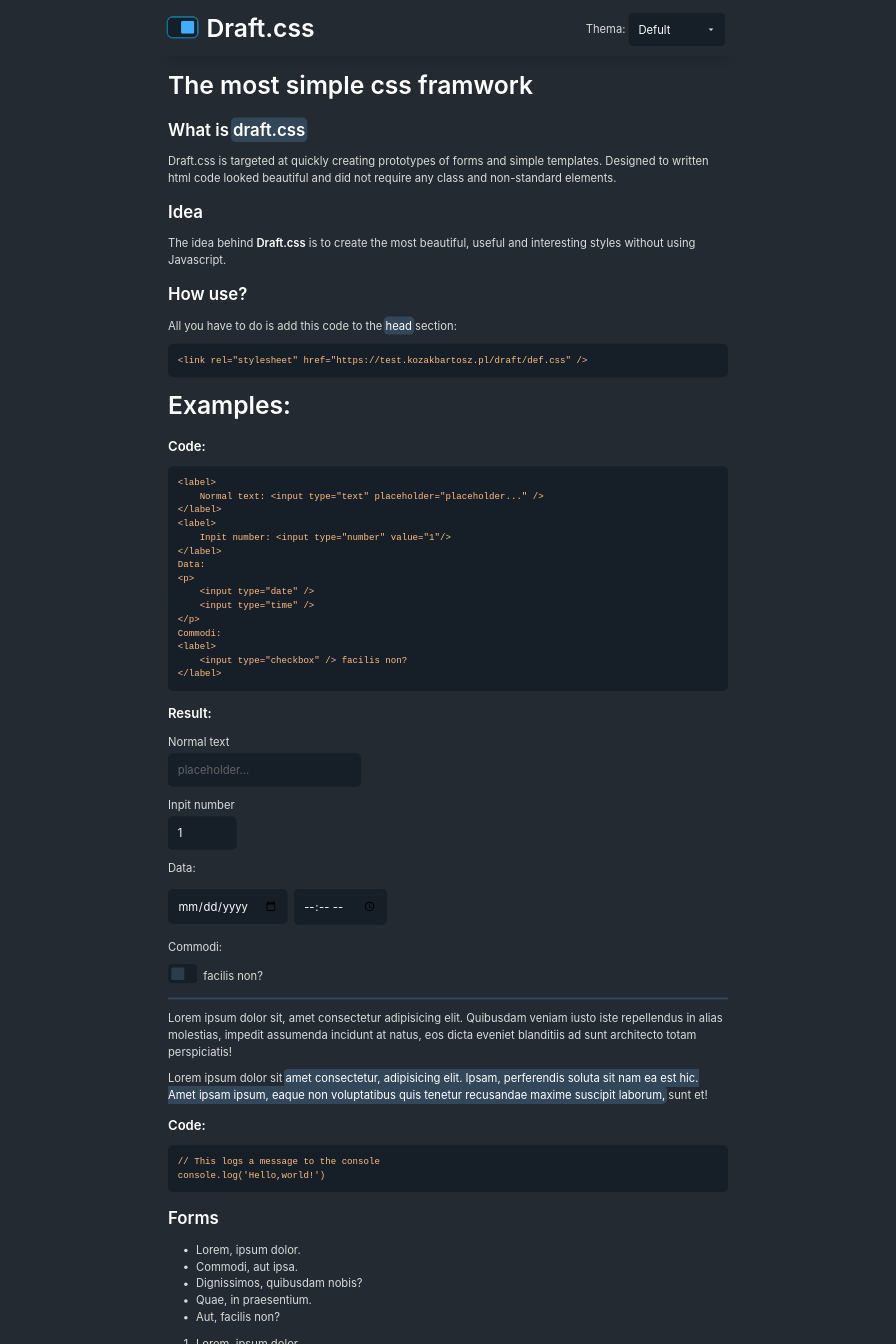
Repository: KozakBartosz/Draft
Page: index.html
These files come from the project's save history. The page is drawn as it stood at one moment and after the next save; the edit follows.
The browser window is 1280 px wide. The pictures show the part of the page from y = 0 to 1920 px (the page is 6123 px tall before and 6137 px after), at 70% of full size.

Above is the page before, as saved 2019-04-12 13:36:13.

After the next save:
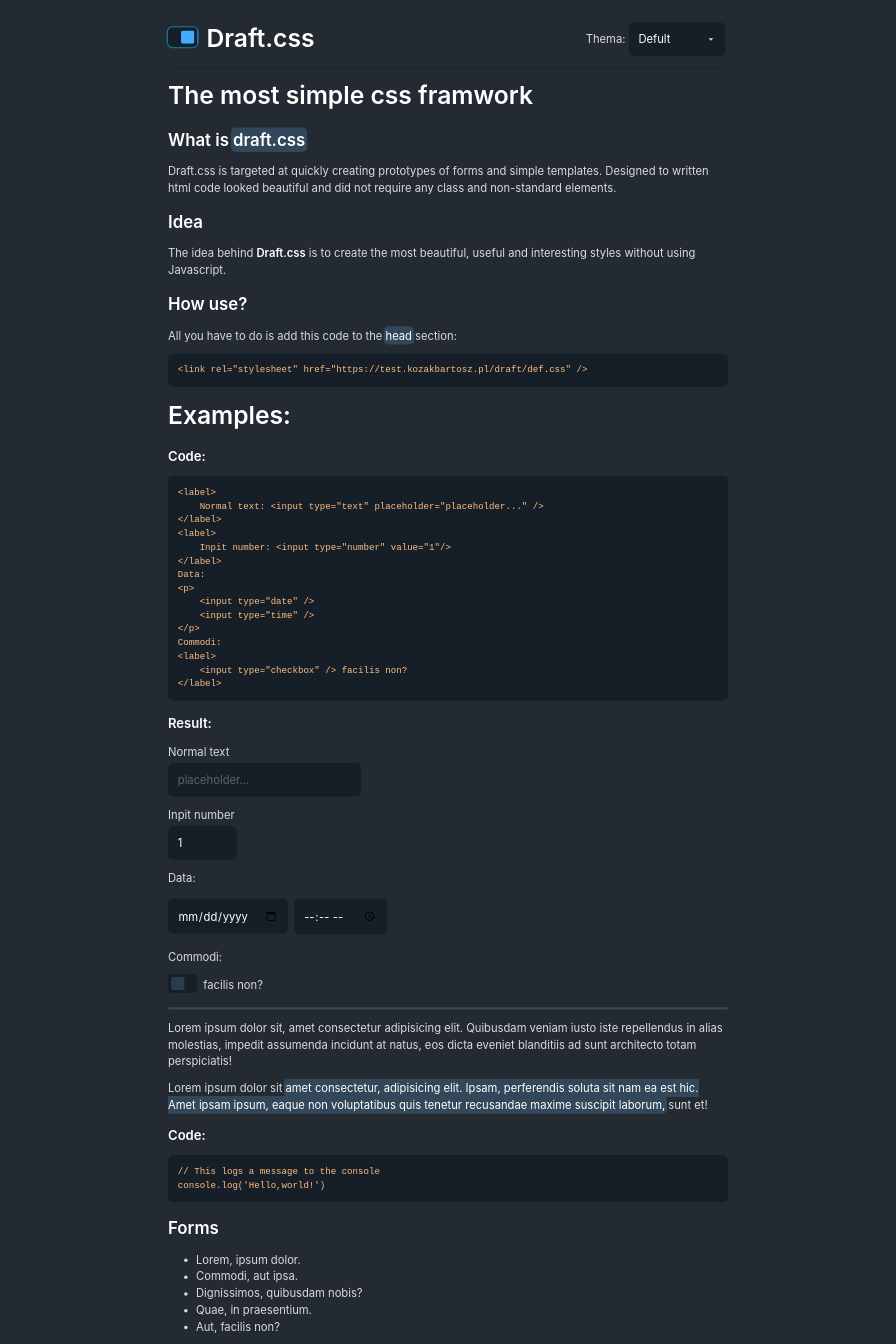
Saved 29 s later.
--- a/draft.css
+++ b/draft.css
@@ -99,7 +99,7 @@
 		"Helvetica Neue", sans-serif;
 	line-height: 1.5;
 	max-width: 800px;
-	margin: 0px auto var(--mainpaddng);
+	margin: var(--mainpaddng) auto var(--mainpaddng);
 	padding: 0 var(--mainpaddng);
 	color: var(--text);
 	background: var(--mainbg);

After the save that followed:
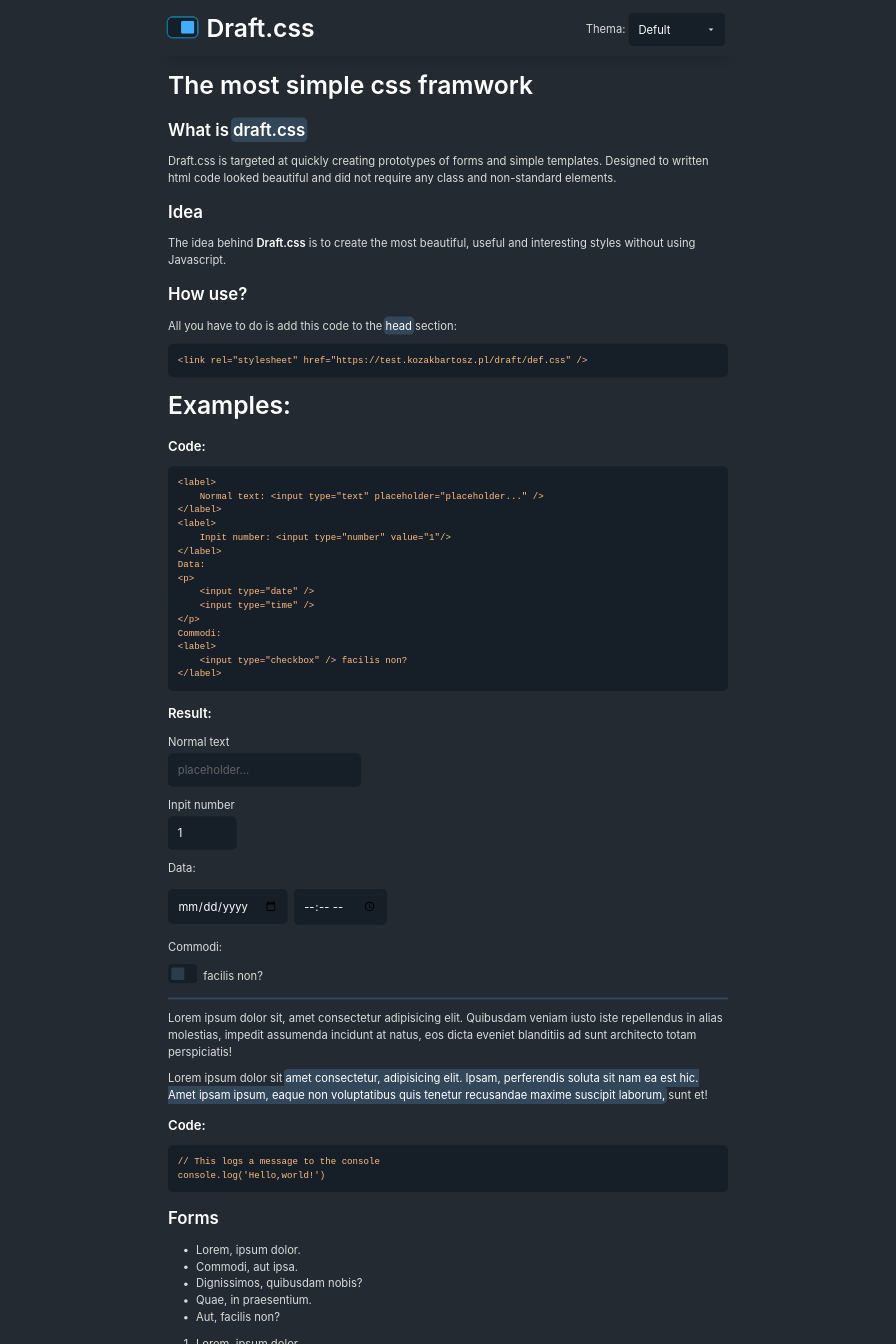
Saved 14 s later.
--- a/draft.css
+++ b/draft.css
@@ -99,7 +99,7 @@
 		"Helvetica Neue", sans-serif;
 	line-height: 1.5;
 	max-width: 800px;
-	margin: var(--mainpaddng) auto var(--mainpaddng);
+	margin: 0px auto var(--mainpaddng);
 	padding: 0 var(--mainpaddng);
 	color: var(--text);
 	background: var(--mainbg);
